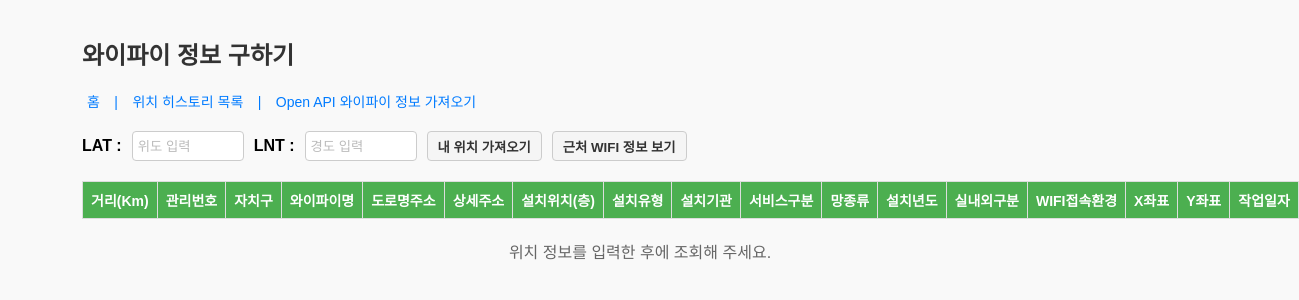
Repository: sangpyolee0/zerobase_task
Page: http://localhost/WifiProject/
These files come from the project's save history. The page is drawn as it stood at one moment and after the next save; the edit follows.
The browser window is 1280 px wide. The page is 1299 px wide, then 1280 px, so the pictures cover 1299 px, including what lies to the right of the window. The pictures show the whole page.
The page is served by Tomcat 9. Other server files are loaded and not shown.

Above is the page before, as saved 2024-12-08 18:25:56.

### WifiProject/src/main/webapp/index.jsp
<%@ page language="java" contentType="text/html; charset=UTF-8" pageEncoding="UTF-8"%>
<!DOCTYPE html>
<html>
<head>
    <link rel="stylesheet" type="text/css" href="css/index.css">
    <title>와이파이 정보 구하기</title>
</head>
<body>
    <div class="container">
        <h1>와이파이 정보 구하기</h1>
        <nav>
            <a href="index.jsp">홈</a>
            <span>|</span>
            <a href="history.jsp">위치 히스토리 목록</a>
            <span>|</span>
            <a href="add-wifi.jsp">Open API 와이파이 정보 가져오기</a>
        </nav>
        <form id="wifiForm">
            <label for="lat">LAT :</label>
            <input type="text" id="lat" name="lat" placeholder="위도 입력">
            <label for="lnt">LNT :</label>
            <input type="text" id="lnt" name="lnt" placeholder="경도 입력">
            <button type="button" onclick="fetchLocation()">내 위치 가져오기</button>
            <button type="button" onclick="fetchWifiData()">근처 WIFI 정보 보기</button>
        </form>
        <table>
            <thead>
                <tr>
                    <th>거리(Km)</th>
                    <th>관리번호</th>
                    <th>자치구</th>
                    <th>와이파이명</th>
                    <th>도로명주소</th>
                    <th>상세주소</th>
                    <th>설치위치(층)</th>
                    <th>설치유형</th>
                    <th>설치기관</th>
                    <th>서비스구분</th>
                    <th>망종류</th>
                    <th>설치년도</th>
                    <th>실내외구분</th>
                    <th>WIFI접속환경</th>
                    <th>X좌표</th>
                    <th>Y좌표</th>
                    <th>작업일자</th>
                </tr>
            </thead>
            <tbody id="wifiTable">
                <!-- 데이터가 렌더링됩니다. -->
            </tbody>
        </table>
        <p class="message">위치 정보를 입력한 후에 조회해 주세요.</p>
    </div>
</body>
<script>
    function fetchLocation() {
        // 브라우저의 Geolocation API 사용
        if (navigator.geolocation) {
            navigator.geolocation.getCurrentPosition(function(position) {
                document.getElementById('lat').value = position.coords.latitude.toFixed(6);
                document.getElementById('lnt').value = position.coords.longitude.toFixed(6);
                alert('위치가 성공적으로 설정되었습니다!');
            }, function(error) {
                alert('위치를 가져오는 중 오류가 발생했습니다.');
            });
        } else {
            alert('이 브라우저는 위치 서비스를 지원하지 않습니다.');
        }
    }

    function fetchWifiData() {
        // 사용자가 입력한 LAT, LNT 값
        const lat = document.getElementById('lat').value;
        const lnt = document.getElementById('lnt').value;

        // AJAX 요청을 통해 데이터 가져오기
        fetch(`nearby-wifi.jsp?lat=${lat}&lnt=${lnt}`)
            .then(response => response.json())
            .then(data => {
                const tableBody = document.getElementById('wifiTable');
                tableBody.innerHTML = ''; // 기존 데이터 초기화
                data.forEach(wifi => {
                    const row = document.createElement('tr');
                    row.innerHTML = `
                        <td>${wifi.distance}</td>
                        <td>${wifi.name}</td>
                        <td>${wifi.address}</td>
                        <td>${wifi.details}</td>
                        <td>${wifi.lat}</td>
                        <td>${wifi.lnt}</td>
                    `;
                    tableBody.appendChild(row);
                });
            })
            .catch(error => {
                console.error('Error fetching WiFi data:', error);
                alert('WiFi 데이터를 가져오는 중 오류가 발생했습니다.');
            });
    }
</script>
</html>

### WifiProject/src/main/webapp/css/index.css
/* 기본 스타일 */
body {
    font-family: Arial, sans-serif;
    margin: 0;
    padding: 20px;
    background-color: #f9f9f9;
}

/* 컨테이너 */
.container {
    width: 90%;
    max-width: 1200px;
    margin: 0 auto;
}

/* 헤더 */
h1 {
    font-size: 24px;
    color: #333;
    margin-bottom: 20px;
}

/* 네비게이션 */
nav {
    margin-bottom: 20px;
}

nav a {
    text-decoration: none;
    color: #007BFF;
    margin: 0 5px;
    font-size: 14px;
}

nav span {
    color: #007BFF; /* 링크 색상과 동일 */
    margin: 0 5px;
    font-size: 14px;
    cursor: default;
}

nav a:hover, nav span:hover {
    text-decoration: underline;
}

/* 폼 */
form {
    display: flex;
    align-items: center;
    gap: 10px;
    margin-bottom: 20px;
}

form label {
    font-weight: bold;
}

form input {
    padding: 5px;
    border: 1px solid #ccc;
    border-radius: 4px;
    width: 100px;
    height: 18px;
}

form input::placeholder {
    color: #bbb;
}

form button {
    padding: 5px 10px;
    border: 1px solid #ccc;
    background-color: #f5f5f5;
    color: #333;
    border-radius: 4px;
    cursor: pointer;
    height: 30px;
    font-weight: bold;
}

form button:hover {
    background-color: #e0e0e0;
}

/* 테이블 */
/* 테이블 스타일 */
table {
    width: 100%;
    border-collapse: collapse;
    margin-top: 20px;
}

table th, table td {
    border: 1px solid #ddd;
    padding: 8px;
    text-align: center;
    font-size: 14px;
    white-space: nowrap; /* 텍스트 줄바꿈 방지 */
    overflow: hidden; /* 텍스트가 너무 길 경우 넘침 방지 */
    text-overflow: ellipsis; /* 넘치는 텍스트는 말줄임 표시 */
}

table th {
    background-color: #4CAF50; /* 초록색 */
    color: white;
    font-weight: bold;
}

table td {
    max-width: 200px; /* 셀의 최대 너비를 제한 */
    overflow: hidden;
    text-overflow: ellipsis; /* 텍스트가 너무 길 경우 말줄임표 표시 */
}

table tr:nth-child(even) {
    background-color: #f2f2f2; /* 짝수 행 배경색 */
}

table tr:hover {
    background-color: #ddd; /* 마우스 오버 시 배경색 */
}


/* 메시지 스타일 */
.message {
    text-align: center;
    color: #666;
    margin-top: 20px;
}

After the next save:
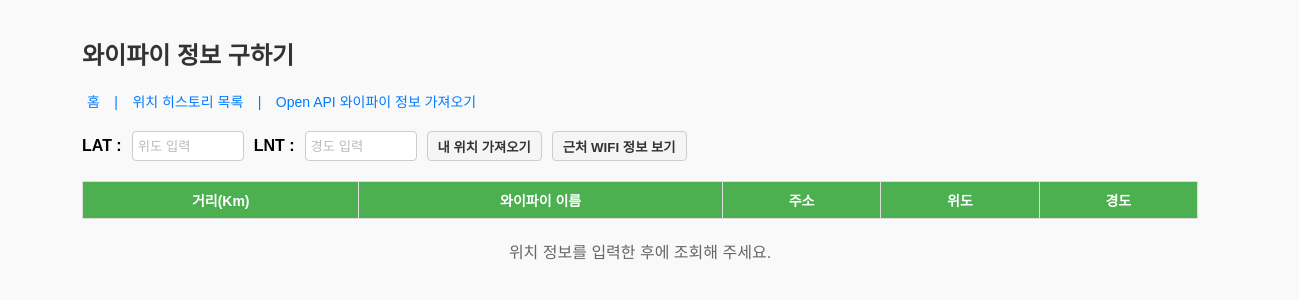
Saved 2 min 34 s later.
--- a/WifiProject/src/main/webapp/index.jsp
+++ b/WifiProject/src/main/webapp/index.jsp
@@ -27,75 +27,64 @@
             <thead>
                 <tr>
                     <th>거리(Km)</th>
-                    <th>관리번호</th>
-                    <th>자치구</th>
-                    <th>와이파이명</th>
-                    <th>도로명주소</th>
-                    <th>상세주소</th>
-                    <th>설치위치(층)</th>
-                    <th>설치유형</th>
-                    <th>설치기관</th>
-                    <th>서비스구분</th>
-                    <th>망종류</th>
-                    <th>설치년도</th>
-                    <th>실내외구분</th>
-                    <th>WIFI접속환경</th>
-                    <th>X좌표</th>
-                    <th>Y좌표</th>
-                    <th>작업일자</th>
+                    <th>와이파이 이름</th>
+                    <th>주소</th>
+                    <th>위도</th>
+                    <th>경도</th>
                 </tr>
             </thead>
             <tbody id="wifiTable">
-                <!-- 데이터가 렌더링됩니다. -->
+                <!-- 데이터가 추가될 영역 -->
             </tbody>
         </table>
         <p class="message">위치 정보를 입력한 후에 조회해 주세요.</p>
     </div>
+    <script>
+        function fetchLocation() {
+            if (navigator.geolocation) {
+                navigator.geolocation.getCurrentPosition(function(position) {
+                    document.getElementById('lat').value = position.coords.latitude.toFixed(6);
+                    document.getElementById('lnt').value = position.coords.longitude.toFixed(6);
+                    alert('위치가 성공적으로 설정되었습니다!');
+                }, function(error) {
+                    alert('위치를 가져오는 중 오류가 발생했습니다.');
+                });
+            } else {
+                alert('이 브라우저는 위치 서비스를 지원하지 않습니다.');
+            }
+        }
+
+        function fetchWifiData() {
+            const lat = document.getElementById('lat').value;
+            const lnt = document.getElementById('lnt').value;
+
+            if (!lat || !lnt) {
+                alert('위도와 경도를 모두 입력해주세요.');
+                return;
+            }
+
+            fetch(`nearby-wifi.jsp?lat=${lat}&lnt=${lnt}`)
+                .then(response => response.json())
+                .then(data => {
+                    const tableBody = document.getElementById('wifiTable');
+                    tableBody.innerHTML = ''; // 기존 데이터 초기화
+                    data.forEach(wifi => {
+                        const row = document.createElement('tr');
+                        row.innerHTML = `
+                            <td>${wifi.distance}</td>
+                            <td>${wifi.name}</td>
+                            <td>${wifi.address}</td>
+                            <td>${wifi.lat}</td>
+                            <td>${wifi.lnt}</td>
+                        `;
+                        tableBody.appendChild(row);
+                    });
+                })
+                .catch(error => {
+                    console.error('Error fetching WiFi data:', error);
+                    alert('WiFi 데이터를 가져오는 중 오류가 발생했습니다.');
+                });
+        }
+    </script>
 </body>
-<script>
-    function fetchLocation() {
-        // 브라우저의 Geolocation API 사용
-        if (navigator.geolocation) {
-            navigator.geolocation.getCurrentPosition(function(position) {
-                document.getElementById('lat').value = position.coords.latitude.toFixed(6);
-                document.getElementById('lnt').value = position.coords.longitude.toFixed(6);
-                alert('위치가 성공적으로 설정되었습니다!');
-            }, function(error) {
-                alert('위치를 가져오는 중 오류가 발생했습니다.');
-            });
-        } else {
-            alert('이 브라우저는 위치 서비스를 지원하지 않습니다.');
-        }
-    }
-
-    function fetchWifiData() {
-        // 사용자가 입력한 LAT, LNT 값
-        const lat = document.getElementById('lat').value;
-        const lnt = document.getElementById('lnt').value;
-
-        // AJAX 요청을 통해 데이터 가져오기
-        fetch(`nearby-wifi.jsp?lat=${lat}&lnt=${lnt}`)
-            .then(response => response.json())
-            .then(data => {
-                const tableBody = document.getElementById('wifiTable');
-                tableBody.innerHTML = ''; // 기존 데이터 초기화
-                data.forEach(wifi => {
-                    const row = document.createElement('tr');
-                    row.innerHTML = `
-                        <td>${wifi.distance}</td>
-                        <td>${wifi.name}</td>
-                        <td>${wifi.address}</td>
-                        <td>${wifi.details}</td>
-                        <td>${wifi.lat}</td>
-                        <td>${wifi.lnt}</td>
-                    `;
-                    tableBody.appendChild(row);
-                });
-            })
-            .catch(error => {
-                console.error('Error fetching WiFi data:', error);
-                alert('WiFi 데이터를 가져오는 중 오류가 발생했습니다.');
-            });
-    }
-</script>
 </html>
